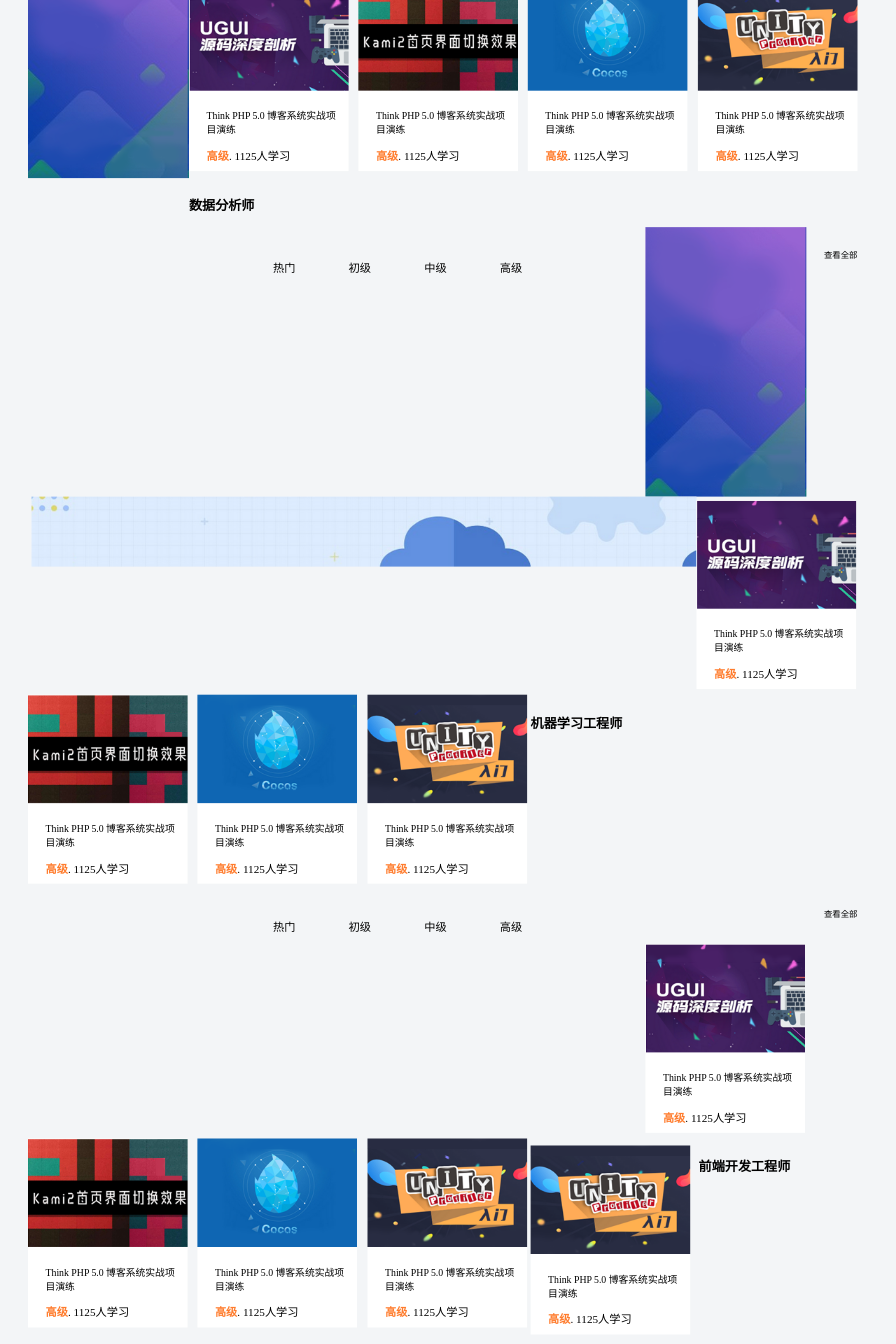
Repository: try-18/web-page-1
Page: index.html
An editor plug-in stored every save of this project. The page is shown before and after the next save, followed by the edit.
The browser window is 1280 px wide. The pictures show the part of the page from y = 1418 to 3338 px (the page is 4432 px tall before and 4427 px after), at 70% of full size.

Above is the page before, as saved 2021-11-02 13:34:53.

After the next save:
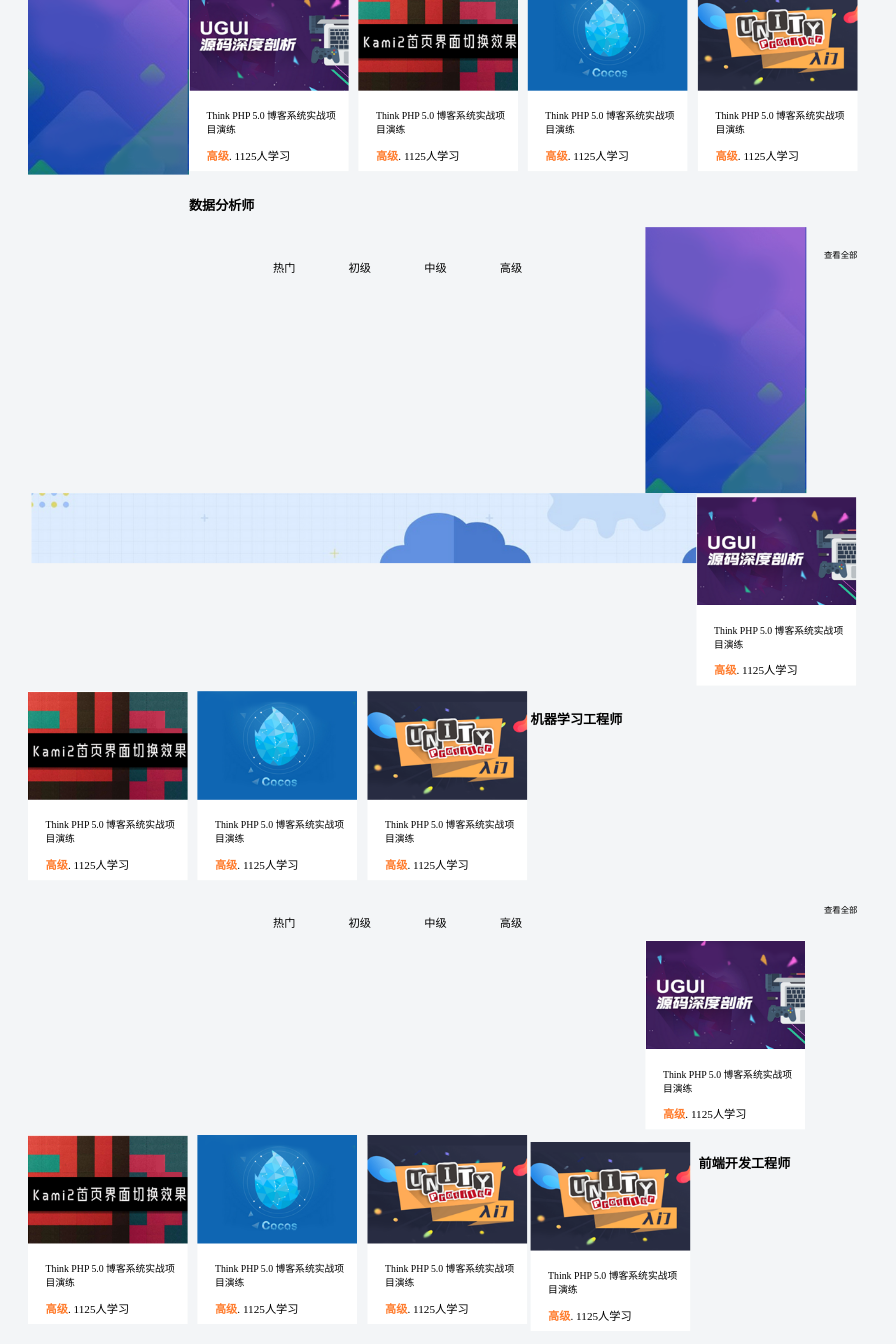
Saved 20 s later.
--- a/index.css
+++ b/index.css
@@ -468,7 +468,7 @@
 .sixthmiddleleft {
     float: left;
     width: 230px;
-    height: 385px;
+    height: 380px;
     background: url("img/图层 148.png");
 }
 
